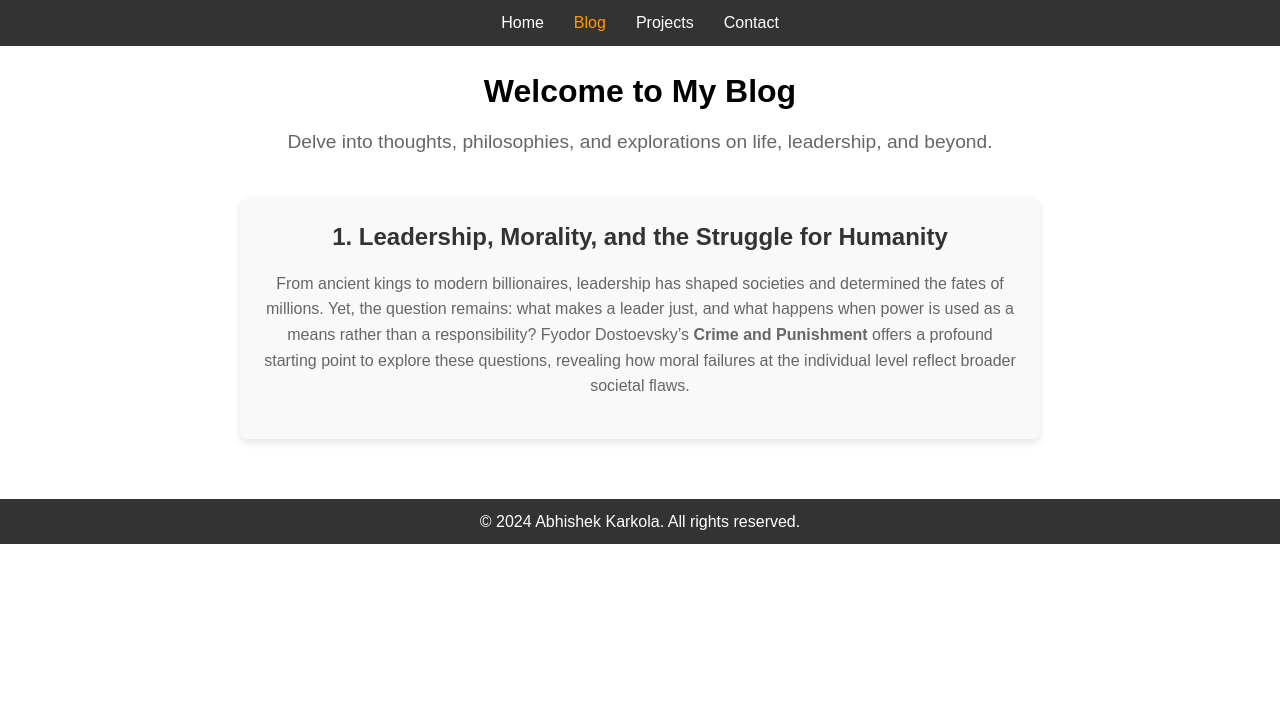
Repository: APersonalVoyage/APersonalVoyage.github.io
Page: blog.html
An editor plug-in stored every save of this project. The page is shown before and after the next save, followed by the edit.
The browser window is 1280 px wide. The pictures show the whole page.

Above is the page before, as saved 2025-03-02 10:28:45.

### blog.html
<!DOCTYPE html>
<html lang="en">
<head>
  <meta charset="UTF-8">
  <meta name="viewport" content="width=device-width, initial-scale=1.0">
  <title>Blog - Abhishek Karkola</title>
  <link rel="stylesheet" href="blog.css">
</head>
<body>
  <header>
    <nav>
      <ul class="nav-links">
        <li><a href="index.html" class="nav-link">Home</a></li>
        <li><a href="blog.html" class="nav-link active">Blog</a></li>
        <li><a href="#projects" class="nav-link">Projects</a></li>
        <li><a href="#contact" class="nav-link">Contact</a></li>
      </ul>
    </nav>
  </header>

  <main>
    <section id="blog" class="blog-section-container">
      <div class="blog-header">
        <h1 class="title">Welcome to My Blog</h1>
        <p class="section__text">Delve into thoughts, philosophies, and explorations on life, leadership, and beyond.</p>
      </div>

      <div class="blog-containers">
        <!-- Blog Post 1 -->
        <article class="blog-details">
          <h2 class="project-title">
            <a href="blog_post_1.html" class="blog-link">1. Leadership, Morality, and the Struggle for Humanity</a>
          </h2>
          <p class="blog-summary">
            From ancient kings to modern billionaires, leadership has shaped societies and determined the fates of millions. Yet, the question remains: what makes a leader just, and what happens when power is used as a means rather than a responsibility? Fyodor Dostoevsky’s <b>Crime and Punishment</b> offers a profound starting point to explore these questions, revealing how moral failures at the individual level reflect broader societal flaws.
          </p>
        </article>
      </div>
    </section>
  </main>

  <footer>
    <p>&copy; 2024 Abhishek Karkola. All rights reserved.</p>
  </footer>
</body>
</html>

### blog.css
/* General reset and layout */
* {
  margin: 0;
  padding: 0;
  box-sizing: border-box;
}

body {
  font-family: Arial, sans-serif;
  line-height: 1.6;
}

header {
  background-color: #333;
  padding: 10px 0;
}

.nav-links {
  display: flex;
  justify-content: center;
  list-style: none;
}

.nav-link {
  color: white;
  text-decoration: none;
  padding: 0 15px;
}

.nav-link:hover,
.nav-link.active {
  color: #ff9900;
}

/* Main section styling */
.blog-section-container {
  padding: 20px;
  text-align: center;
}

.blog-header {
  margin-bottom: 40px; /* Adds space between title and blog post */
}

.title {
  font-size: 2rem;
  margin-bottom: 10px; /* Space below title */
}

.section__text {
  font-size: 1.2rem;
  color: #666;
  margin-bottom: 40px;
}

.blog-containers {
  display: flex;
  flex-direction: column;
  align-items: center; /* Aligns blog posts to the center */
  gap: 30px; /* Space between posts */
}

.blog-details {
  background-color: #f9f9f9;
  padding: 20px;
  width: 80%; /* Makes sure the blog posts aren't too wide */
  max-width: 800px; /* Limits the maximum width */
  border-radius: 8px;
  box-shadow: 0 4px 8px rgba(0, 0, 0, 0.1);
}

.project-title {
  font-size: 1.5rem;
  margin-bottom: 15px;
}

.blog-link {
  text-decoration: none;
  color: #333;
}

.blog-link:hover {
  color: #ff9900; /* Highlight on hover */
}

.blog-summary {
  font-size: 1rem;
  color: #666;
  line-height: 1.6;
  margin-bottom: 20px;
}

/* Footer Styling */
footer {
  background-color: #333;
  color: white;
  text-align: center;
  padding: 10px 0;
  margin-top: 40px;
}

After the next save:
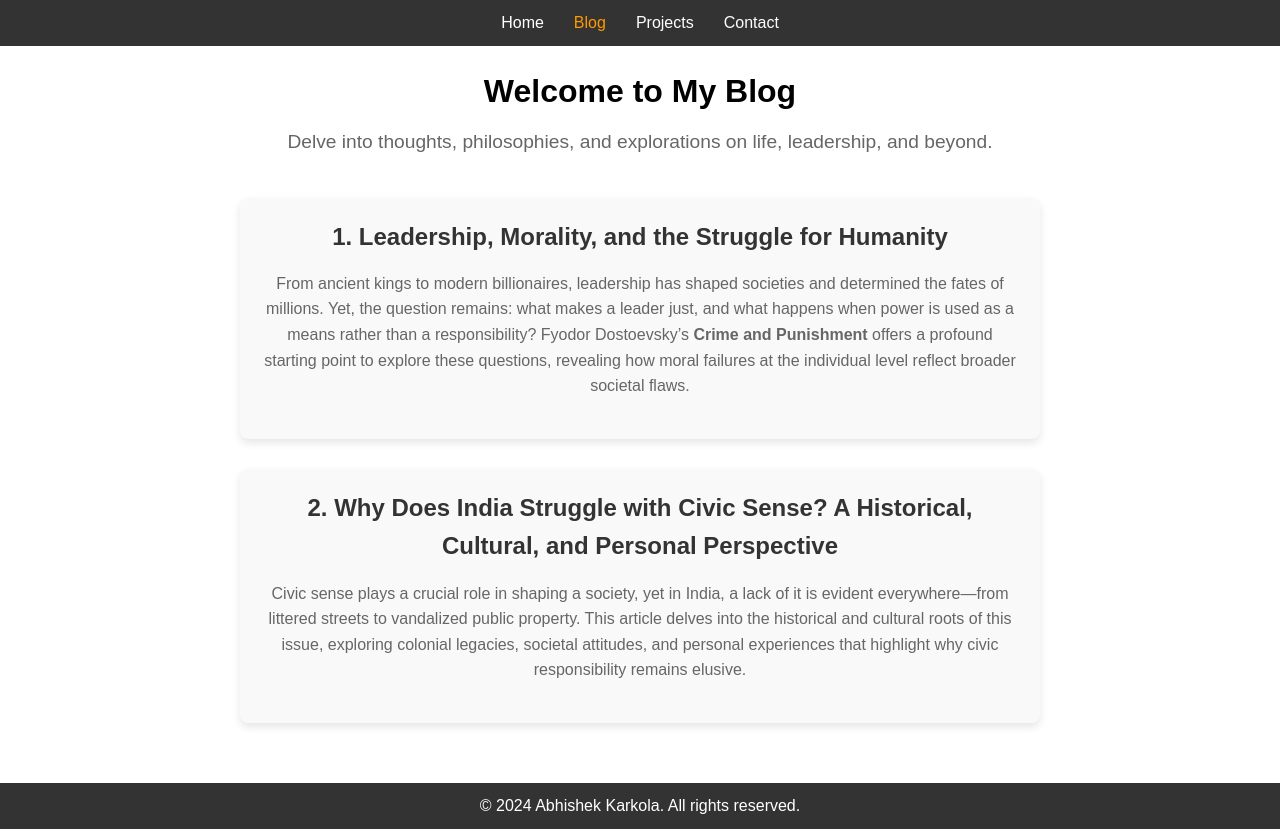
Saved 8 min 56 s later.
--- a/blog.html
+++ b/blog.html
@@ -35,6 +35,16 @@
             From ancient kings to modern billionaires, leadership has shaped societies and determined the fates of millions. Yet, the question remains: what makes a leader just, and what happens when power is used as a means rather than a responsibility? Fyodor Dostoevsky’s <b>Crime and Punishment</b> offers a profound starting point to explore these questions, revealing how moral failures at the individual level reflect broader societal flaws.
           </p>
         </article>
+
+        <!-- Blog Post 2 -->
+        <article class="blog-details">
+          <h2 class="project-title">
+            <a href="blog_post_2.html" class="blog-link">2. Why Does India Struggle with Civic Sense? A Historical, Cultural, and Personal Perspective</a>
+          </h2>
+          <p class="blog-summary">
+            Civic sense plays a crucial role in shaping a society, yet in India, a lack of it is evident everywhere—from littered streets to vandalized public property. This article delves into the historical and cultural roots of this issue, exploring colonial legacies, societal attitudes, and personal experiences that highlight why civic responsibility remains elusive.
+          </p>
+        </article>
       </div>
     </section>
   </main>
